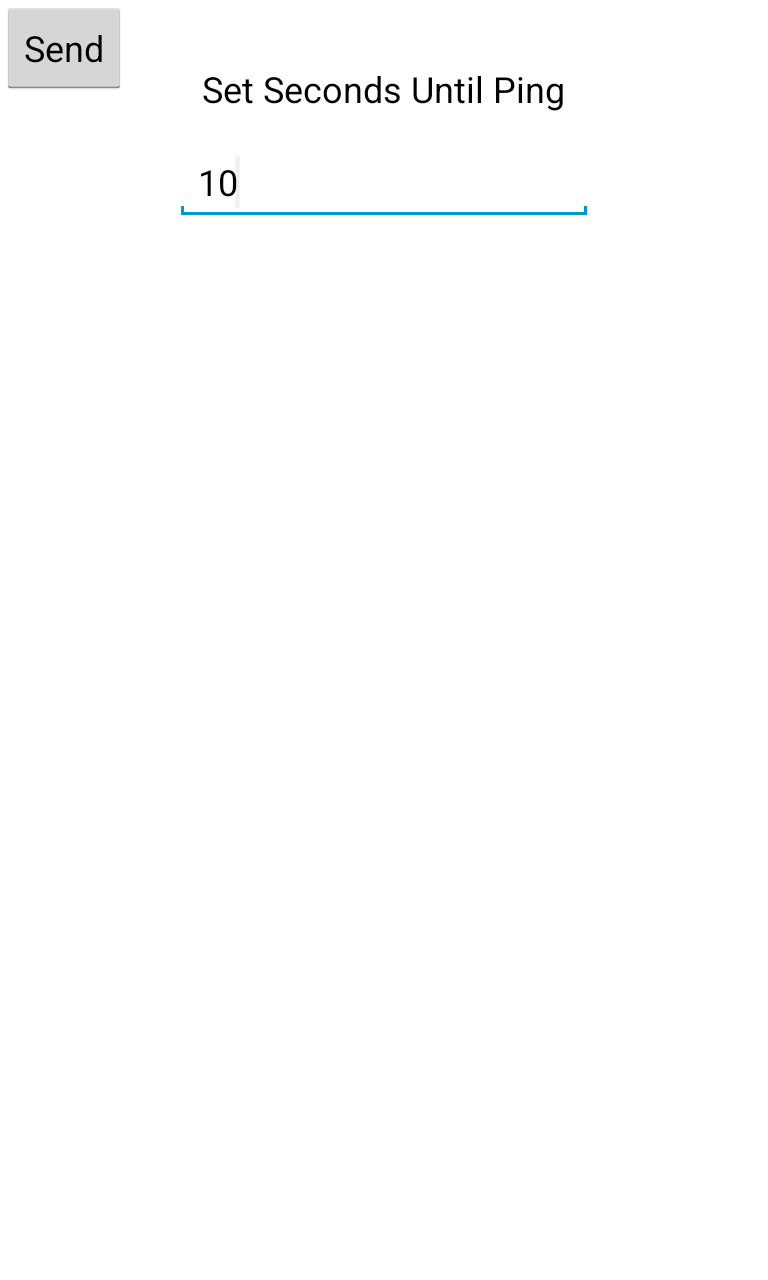
Repository: NewDay320/Lumos
Layout: src/Lumos/branches/mzTest2/res/layout/activity_main.xml
These files come from the project's save history. The layout is drawn as it stood at one moment and after a run of saves; the edit follows.
It is drawn on a 768 x 1280 px phone screen (xhdpi) without system bars, with theme AppTheme; the app's code is not run.

Above is the layout before, as saved 2014-03-17 19:13:06.

### src/Lumos/branches/mzTest2/res/layout/activity_main.xml
<RelativeLayout xmlns:android="http://schemas.android.com/apk/res/android"
    xmlns:tools="http://schemas.android.com/tools"
    android:layout_width="match_parent"
    android:layout_height="match_parent"
    android:orientation="horizontal">

    <EditText android:id="@+id/edit_message"
        android:layout_weight="1"
        android:layout_width="0dp"
        android:layout_height="wrap_content"
        android:hint="@string/edit_message" />
    <Button
        android:layout_width="wrap_content"
        android:layout_height="wrap_content"
        android:text="@string/button_send"
        android:onClick="sendMessage" />

    <TextView
        android:id="@+id/seconds_view"
        android:layout_width="wrap_content"
        android:layout_height="wrap_content"
        android:layout_alignParentTop="true"
        android:layout_centerHorizontal="true"
        android:layout_marginTop="32dp"
        android:textAppearance="?android:attr/textAppearanceMedium"
        android:text="@string/ping_text" />

    <EditText
        android:id="@+id/edit_seconds"
        android:layout_width="wrap_content"
        android:layout_height="wrap_content"
        android:layout_below="@+id/seconds_view"
        android:layout_centerHorizontal="true"
        android:layout_marginTop="15dp"
        android:ems="10"
        android:text="@string/seconds_default"
        android:inputType="numberSigned">

        <requestFocus />
    </EditText>

</RelativeLayout>

### src/Lumos/branches/mzTest2/res/values/strings.xml
<?xml version="1.0" encoding="utf-8"?>
<resources>

    <string name="app_name">Lumos</string>
    <string name="action_settings">Settings</string>
    <string name="hello_world">hello world ks</string>
    <string name="title_activity_mztest">MZTestActivity</string>
    <string name="mz_menu_text">Nipples The Cat</string>
    <string name="button_send">Send</string>
    <string name="edit_message">Enter a message</string>
    <string name="title_activity_display_message">My Message</string>
    <string name="notification">Ping Notification</string>
    <string name="label">Ping Me</string>

    <!-- buttons -->
    <string name="ping">Ping</string>
    <string name="snooze">Snooze</string>
    <string name="dismiss">Dismiss</string>

    <!-- alert stuff -->
    <string name="ping_text">Set Seconds Until Ping</string>
    <string name="done_snoozing">Done Snoozing</string>
    <string name="seconds_default">10</string>
    <string name="reminder_label">Reminder text</string>
    <string name="reminder_text">Take Rx now</string>

    <!-- logging -->
    <string name="snoozing">Snoozing!</string>
    <string name="timer_start">Setting the timer</string>
    <string name="sleep_error">Sleep failure</string>
    <string name="timer_finished">Timer finished</string>
</resources>

Loaded but not shown: src/Lumos/branches/mzTest2/res/values/styles.xml (common file); src/Lumos/branches/mzTest2/res/values-v11/styles.xml (common file); src/Lumos/branches/mzTest2/res/values-v14/styles.xml (common file)

After the next 2 saves:
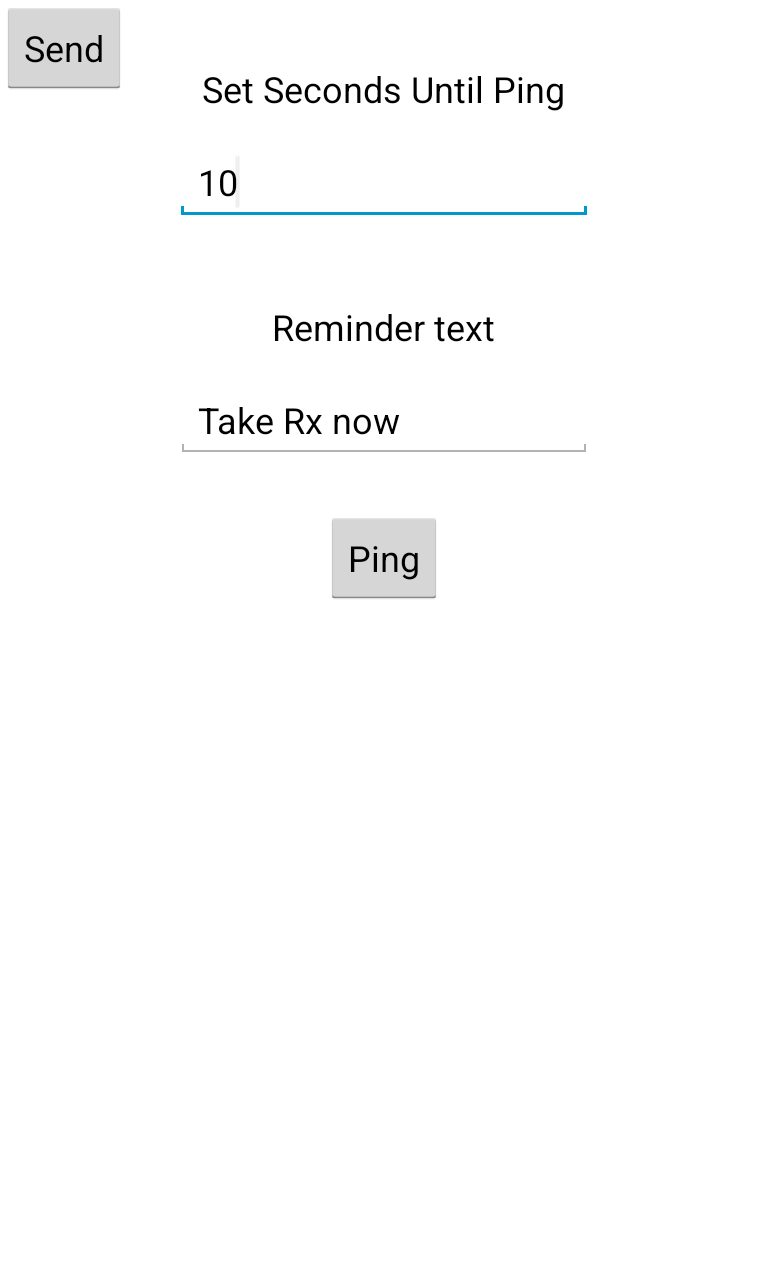
The 2 saves are shown as one change because they came seconds apart.
The last was saved 20 s later.
--- a/src/Lumos/branches/mzTest2/res/layout/activity_main.xml
+++ b/src/Lumos/branches/mzTest2/res/layout/activity_main.xml
@@ -2,18 +2,20 @@
     xmlns:tools="http://schemas.android.com/tools"
     android:layout_width="match_parent"
     android:layout_height="match_parent"
-    android:orientation="horizontal">
+    android:orientation="horizontal" >
 
-    <EditText android:id="@+id/edit_message"
-        android:layout_weight="1"
+    <EditText
+        android:id="@+id/edit_message"
         android:layout_width="0dp"
         android:layout_height="wrap_content"
+        android:layout_weight="1"
         android:hint="@string/edit_message" />
+
     <Button
         android:layout_width="wrap_content"
         android:layout_height="wrap_content"
-        android:text="@string/button_send"
-        android:onClick="sendMessage" />
+        android:onClick="sendMessage"
+        android:text="@string/button_send" />
 
     <TextView
         android:id="@+id/seconds_view"
@@ -22,8 +24,8 @@
         android:layout_alignParentTop="true"
         android:layout_centerHorizontal="true"
         android:layout_marginTop="32dp"
-        android:textAppearance="?android:attr/textAppearanceMedium"
-        android:text="@string/ping_text" />
+        android:text="@string/ping_text"
+        android:textAppearance="?android:attr/textAppearanceMedium" />
 
     <EditText
         android:id="@+id/edit_seconds"
@@ -33,10 +35,43 @@
         android:layout_centerHorizontal="true"
         android:layout_marginTop="15dp"
         android:ems="10"
-        android:text="@string/seconds_default"
-        android:inputType="numberSigned">
+        android:inputType="numberSigned"
+        android:text="@string/seconds_default" >
 
         <requestFocus />
     </EditText>
 
+    <TextView
+        android:id="@+id/reminder_view"
+        android:layout_width="wrap_content"
+        android:layout_height="wrap_content"
+        android:layout_below="@+id/edit_seconds"
+        android:layout_centerHorizontal="true"
+        android:layout_marginTop="40dp"
+        android:text="@string/reminder_label"
+        android:textAppearance="?android:attr/textAppearanceMedium" />
+
+    <EditText
+        android:id="@+id/edit_reminder"
+        android:layout_width="wrap_content"
+        android:layout_height="wrap_content"
+        android:layout_alignLeft="@+id/edit_seconds"
+        android:layout_below="@+id/reminder_view"
+        android:layout_marginTop="15dp"
+        android:ems="10"
+        android:inputType="textMultiLine"
+        android:text="@string/reminder_text" />
+
+    <Button
+        android:id="@+id/ping_button"
+        style="?android:attr/buttonStyleSmall"
+        android:layout_width="wrap_content"
+        android:layout_height="wrap_content"
+        android:layout_below="@+id/edit_reminder"
+        android:layout_centerHorizontal="true"
+        android:layout_marginTop="25dp"
+        android:onClick="onPingClick"
+        android:text="@string/ping"
+        android:textAppearance="?android:attr/textAppearanceMedium" />
+
 </RelativeLayout>
